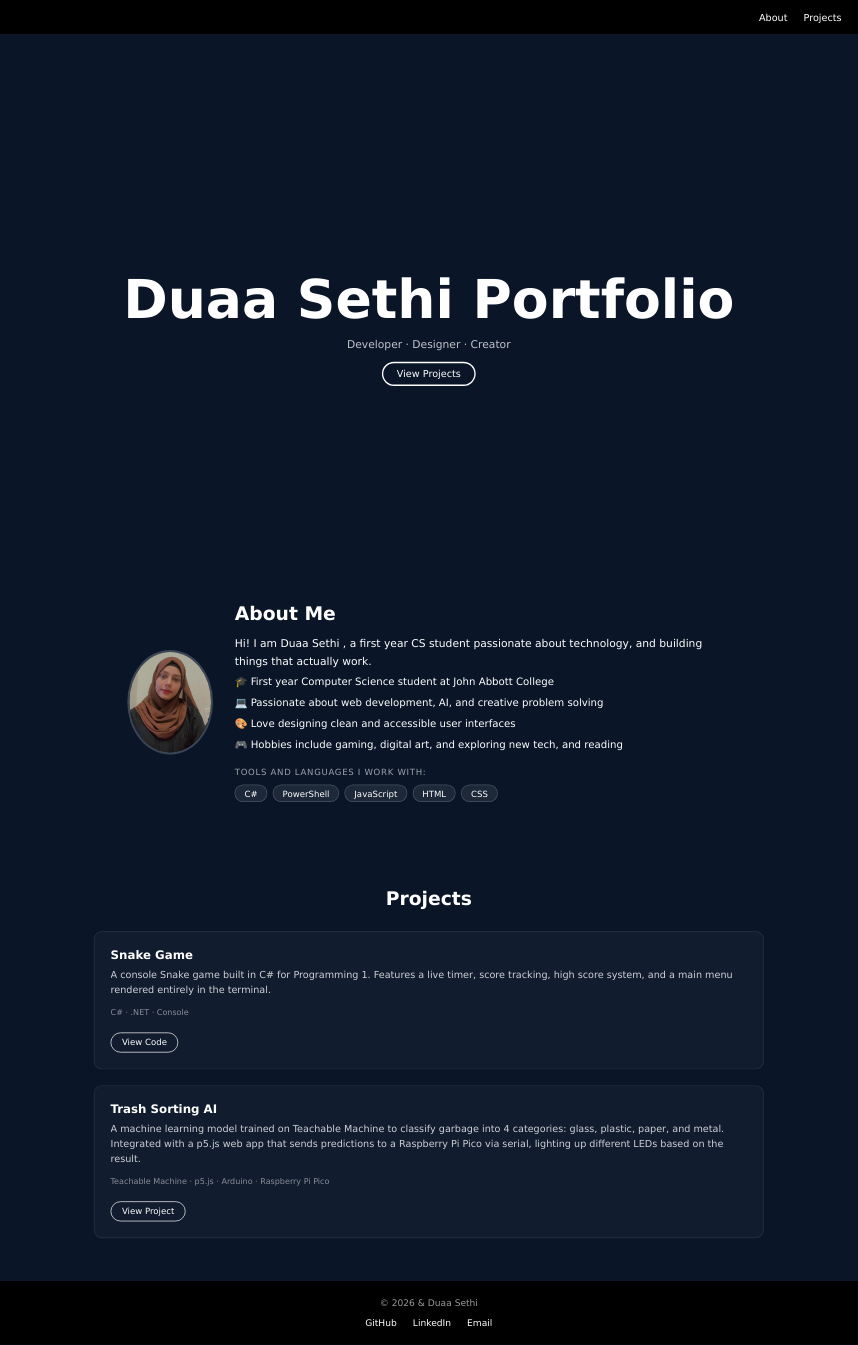
Repository: Duaa-Sethi/Duaa-Sethi
Page: index.html
An editor plug-in stored every save of this project. The page is shown before and after the next save, followed by the edit.
The browser window is 1280 px wide. The pictures show the whole page, at 67% of full size.
Some web fonts or font styles are not loaded; a fallback is used.

Above is the page before, as saved 2026-05-04 13:32:51.
Not found: assets/images/willemijn-doelman-RT0-PvX_czA-unsplash.jpg

### index.html
<!doctype html>
<html lang="en">
  <head>
    <meta charset="UTF-8" />
    <meta name="viewport" content="width=device-width, initial-scale=1.0" />
    <title>Dua Portfolio</title>
    <link rel="stylesheet" href="./styles/index.css" />
    <link rel="stylesheet" href="./styles/globals.css" />
  </head>
  <body>
    <!-- NAV -->
    <nav>
      <ul>
        <li><a href="#about">About</a></li>
        <li><a href="#projects">Projects</a></li>
      </ul>
    </nav>

    <!-- HERO -->
    <section class="hero">
      <article>
        <h1>Duaa Sethi Portfolio</h1>
        <p>Developer · Designer · Creator</p>
        <a href="#projects">View Projects</a>
      </article>
    </section>

    <!-- ABOUT -->
    <section class="about" id="about">
      <img src="./assets/images/Dua Sethi.jpeg" alt="Photo of Duaa Sethi" />
      <div class="about-text">
        <h2>About Me</h2>
        <p>
          Hi! I am Duaa Sethi , a first year CS student passionate about
          technology, and building things that actually work.
        </p>

        <ul class="about-list">
          <li>🎓 First year Computer Science student at John Abbott College</li>
          <li>
            💻 Passionate about web development, AI, and creative problem
            solving
          </li>
          <li>🎨 Love designing clean and accessible user interfaces</li>
          <li>
            🎮 Hobbies include gaming, digital art, and exploring new tech, and
            reading
          </li>
        </ul>

        <p class="tools-label">Tools and languages I work with:</p>
        <ul class="tools-list">
          <li>C#</li>
          <li>PowerShell</li>
          <li>JavaScript</li>
          <li>HTML</li>
          <li>CSS</li>
        </ul>
      </div>
    </section>

    <!-- PROJECTS -->
    <section class="projects" id="projects">
      <h2>Projects</h2>
      <div class="cards">
        <article class="card">
          <h3>Snake Game</h3>
          <p>
            A console Snake game built in C# for Programming 1. Features a live
            timer, score tracking, high score system, and a main menu rendered
            entirely in the terminal.
          </p>
          <p class="tech">C# · .NET · Console</p>
          <a
            href="https://github.com/Duaa-Sethi/Programming1-project-Dua-Sethi"
            target="_blank"
            >View Code</a
          >
        </article>
        <article class="card">
          <h3>Trash Sorting AI</h3>
          <p>
            A machine learning model trained on Teachable Machine to classify
            garbage into 4 categories: glass, plastic, paper, and metal.
            Integrated with a p5.js web app that sends predictions to a
            Raspberry Pi Pico via serial, lighting up different LEDs based on
            the result.
          </p>
          <p class="tech">
            Teachable Machine · p5.js · Arduino · Raspberry Pi Pico
          </p>
          <a
            href="https://editor.p5js.org/duairfansethi/full/mdRLpCkG2"
            target="_blank"
            >View Project</a
          >
        </article>
      </div>
    </section>

    <footer>
      <p>© 2026 & Duaa Sethi</p>
      <ul class="footer-links">
        <ul class="footer-links">
          <li><a href="https://github.com/Duaa-Sethi">GitHub</a></li>
          <li>
            <a
              href="https://www.linkedin.com/in/dua-irfan-sethi-32944838b/"
              target="_blank"
              >LinkedIn</a
            >
          </li>
          <li>
            <a href="mailto:duairfansethi@gmail.com">Email</a>
          </li>
        </ul>
      </ul>
    </footer>
  </body>
</html>

### styles/index.css
body {
  background-color: #0a1628;
}

/* NAV */
nav {
  position: sticky;
  top: 0;
  background-color: black;
  padding: 0 1.5rem;
}

nav ul {
  display: flex;
  justify-content: flex-end;
  gap: 1.5rem;
  padding: 1rem 0;
}

nav ul li a {
  font-size: 0.9rem;
}

.hero {
  display: flex;
  align-items: center;
  justify-content: center;
  text-align: center;
  min-height: 100vh;
  padding: 2rem 1.5rem;

  /* dont memorize, copy paste background defs */
  background-image: url(../assets/images/willemijn-doelman-RT0-PvX_czA-unsplash.jpg);
  background-size: cover;
  background-position: center;
  background-repeat: no-repeat;
}

.hero h1 {
  font-size: 2rem;
  margin-bottom: 0.75rem;
}

.hero p {
  font-size: 1rem;
  opacity: 0.75;
  margin: 0 0 1.5rem 0;
}

.hero a {
  border: 2px solid white;
  padding: 0.5rem 1.25rem;
  border-radius: 20px;
  font-size: 0.9rem;
}

.hero a:hover {
  background-color: white;
  color: #0a1628;
  text-decoration: none;
}

/* ABOUT */
.about {
  display: flex;
  flex-direction: column;
  align-items: center;
  gap: 2rem;
  padding: 4rem 1.5rem;
  text-align: center;
}

.about img {
  width: 150px;
  height: 150px;
  border-radius: 50%;
  object-fit: cover;
  border: 3px solid rgba(255, 255, 255, 0.2);
}

.about h2 {
  font-size: 1.75rem;
  margin-bottom: 1rem;
}

.about p {
  margin: 0 0 0.5rem 0;
  line-height: 1.6;
}

.about-list {
  display: flex;
  flex-direction: column;
  gap: 0.5rem;
  text-align: left;
  margin-bottom: 1.25rem;
}

.about-list li {
  font-size: 0.95rem;
  line-height: 1.5;
}

.tools-label {
  font-size: 0.8rem;
  opacity: 0.6;
  text-transform: uppercase;
  letter-spacing: 0.08em;
  text-align: left;
  margin-bottom: 0.5rem;
}

.tools-list {
  display: flex;
  flex-wrap: wrap;
  gap: 0.5rem;
  text-align: left;
}

.tools-list li {
  background-color: rgba(255, 255, 255, 0.08);
  border: 1px solid rgba(255, 255, 255, 0.2);
  border-radius: 20px;
  padding: 0.3rem 0.85rem;
  font-size: 0.8rem;
}
/* PROJECTS */
.projects {
  padding: 4rem 1.5rem;
  text-align: center;
}
.projects h2 {
  font-size: 1.75rem;
  margin-bottom: 2rem;
}

.cards {
  display: flex;
  flex-direction: column;
  gap: 1.5rem;
}
.card {
  background-color: #111c2e;
  border: 1px solid rgba(255, 255, 255, 0.1);
  border-radius: 12px;
  padding: 1.5rem;
  text-align: left;
}

.card:hover {
  border-color: rgba(255, 255, 255, 0.4);
}

.card h3 {
  font-size: 1.1rem;
  margin-bottom: 0.5rem;
}

.card p {
  font-size: 0.9rem;
  line-height: 1.6;
  opacity: 0.8;
  margin: 0 0 0.5rem 0;
}

.card .tech {
  font-size: 0.75rem;
  opacity: 0.5;
  margin: 0.75rem 0;
}

.card a {
  display: inline-block;
  border: 1px solid white;
  padding: 0.4rem 1rem;
  border-radius: 20px;
  font-size: 0.8rem;
  margin-top: 0.5rem;
}

.card a:hover {
  background-color: white;
  color: #0a1628;
  text-decoration: none;
}

/* FOOTER */

footer {
  text-align: center;
  padding: 1.5rem;
  background-color: black;
}
footer p {
  font-size: 0.85rem;
  opacity: 0.6;
  margin: 0 0 0.75rem 0;
}

.footer-links {
  display: flex;
  justify-content: center;
  gap: 1.5rem;
}

.footer-links a {
  font-size: 0.85rem;
}

@media only screen and (min-width: 600px) {
  .hero h1 {
    font-size: 4rem;
  }

  .about {
    flex-direction: row;
    text-align: left;
    max-width: 800px;
    margin: 0 auto;
  }

  .cards {
    flex-direction: row;
    flex-wrap: wrap;
    justify-content: center;
  }
}

@media only screen and (min-width: 992px) {
  .hero h1 {
    font-size: 5rem;
  }
  .projects {
    max-width: 1000px;
    margin: 0 auto;
  }

  .about {
    max-width: 900px;
  }
}

### styles/globals.css
/* FONT DEFS */
@font-face {
  font-family: "main font";
  src: url(../assets/fonts/NewsCycle-Regular.ttf);
}

/* CROSS PAGE STYLES */
body {
  font-family: "main font", Verdana, sans-serif;
  color: white;
  margin: 0;
}

h1 {
  font-weight: bold;
  font-size: 1.5rem;
}

a {
  text-decoration: none;
  color: white;
}
h2,
h3 {
  margin: 0;
}
a:hover {
  text-decoration: underline;
}
ul {
  list-style: none;
  padding: 0;
  margin: 0;
}

After the next save:
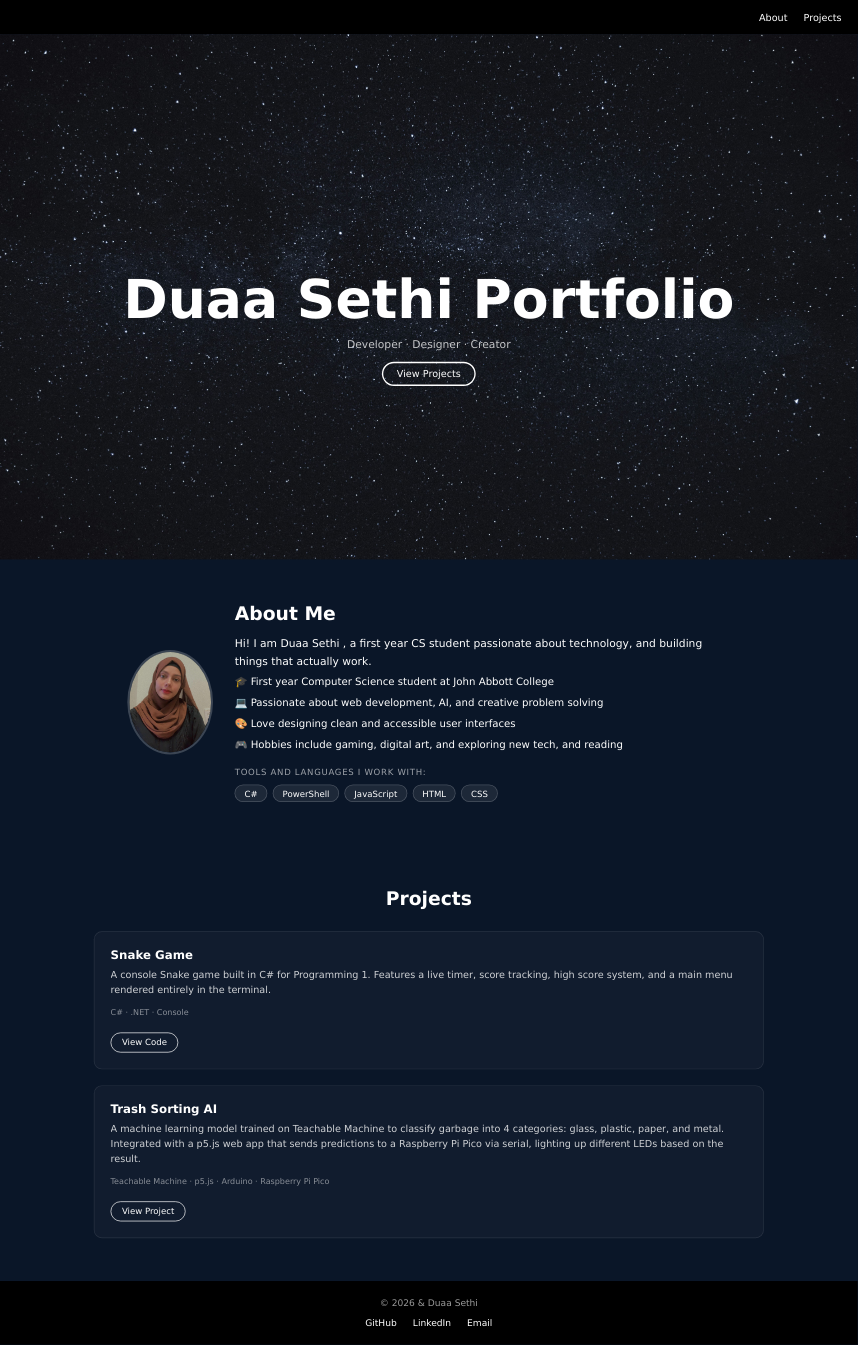
Saved 2 min 59 s later.
--- a/styles/index.css
+++ b/styles/index.css
@@ -30,7 +30,7 @@ nav ul li a {
   padding: 2rem 1.5rem;
 
   /* dont memorize, copy paste background defs */
-  background-image: url(../assets/images/willemijn-doelman-RT0-PvX_czA-unsplash.jpg);
+  background-image: url(../assets/images/kai-pilger-Ef6iL87-vOA-unsplash.jpg);
   background-size: cover;
   background-position: center;
   background-repeat: no-repeat;
